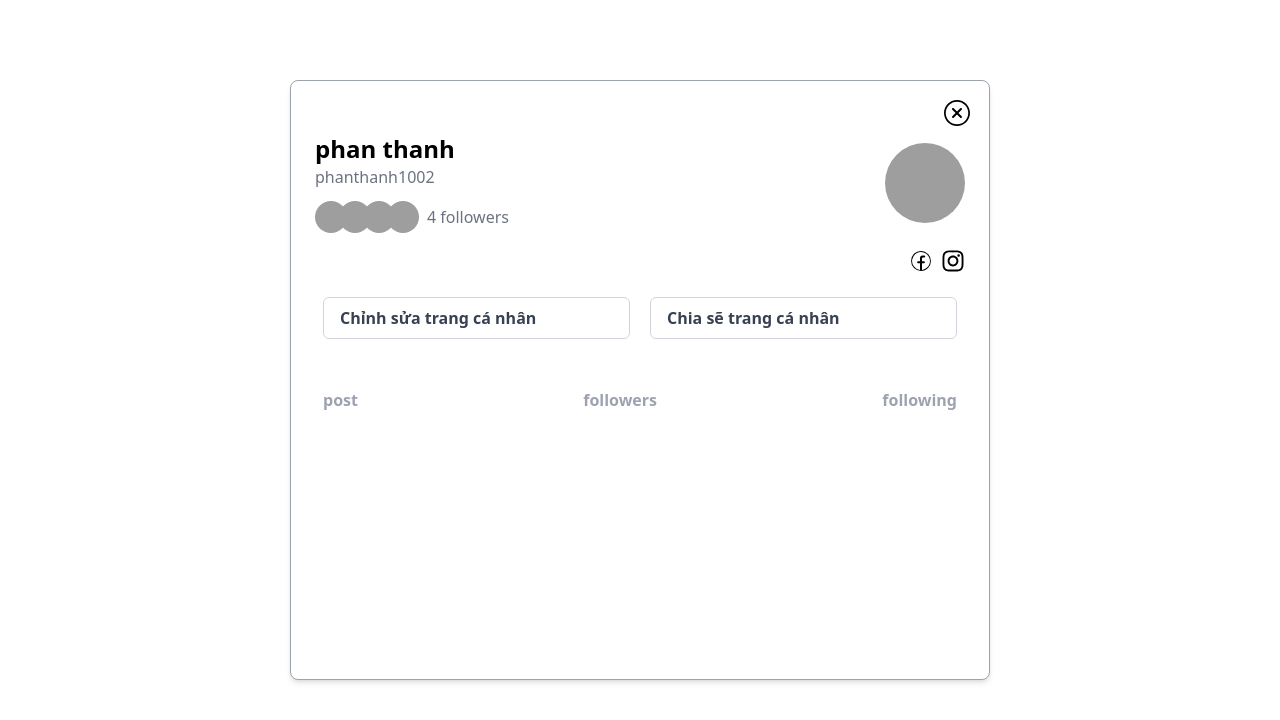
Repository: DangNgocDuong250903/2425_CS445AC_NHOM1
Page: /profile (app in social_fe/)
The author's editor kept a copy of each file at every save. The page is drawn from the files as they stood at one save, then again after a run of saves.
The browser window is 1280 px wide. The pictures show the whole page.
Pictures or frames that could not be fetched are drawn as grey boxes. The project was rebuilt for these pictures with package versions that can differ from the ones it lists, and the page was loaded fresh each time. Also part of the build but not shown: social_fe/vite.config.js, social_fe/src/assets/index.js, social_fe/src/components/FriendCard/index.jsx, social_fe/src/components/Loading/index.jsx, social_fe/src/components/PostCard/index.jsx, social_fe/src/components/ProfileCard/index.jsx, social_fe/src/pages/HomePage/index.jsx, social_fe/src/pages/LoginPage/index.jsx and 6 more.

Above is the page before, as saved 2024-11-05 22:09:21.

After the next 2 saves:
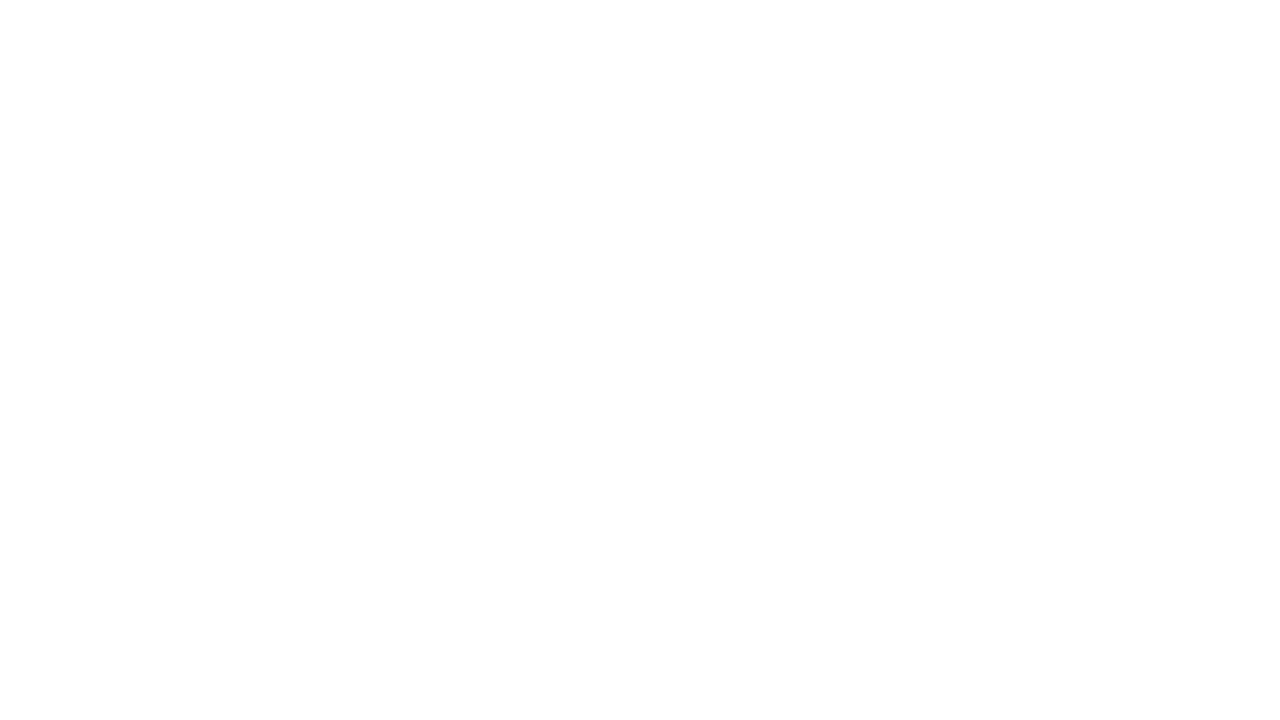
Console error: ReferenceError: TopBar is not defined
The 2 saves are shown as one change because they came seconds apart.
The last was saved 10 s later.
--- a/social_fe/src/pages/ProfilePage/index.jsx
+++ b/social_fe/src/pages/ProfilePage/index.jsx
@@ -8,7 +8,7 @@ const Profile = () => {
   const navigate = useNavigate()
   return (
     <>
-
+      <TopBar></TopBar>
       <div className="flex items-center justify-center pt-20">
         <div className="relative p-6 bg-white rounded-lg shadow-md w-[700px] h-[600px] border border-gray-400">
           <IoIosCloseCircleOutline onClick={() => navigate("/")} className="absolute w-8 h-8 cursor-pointer top-4 right-4 hover:text-red-400 " />

After the save that followed:
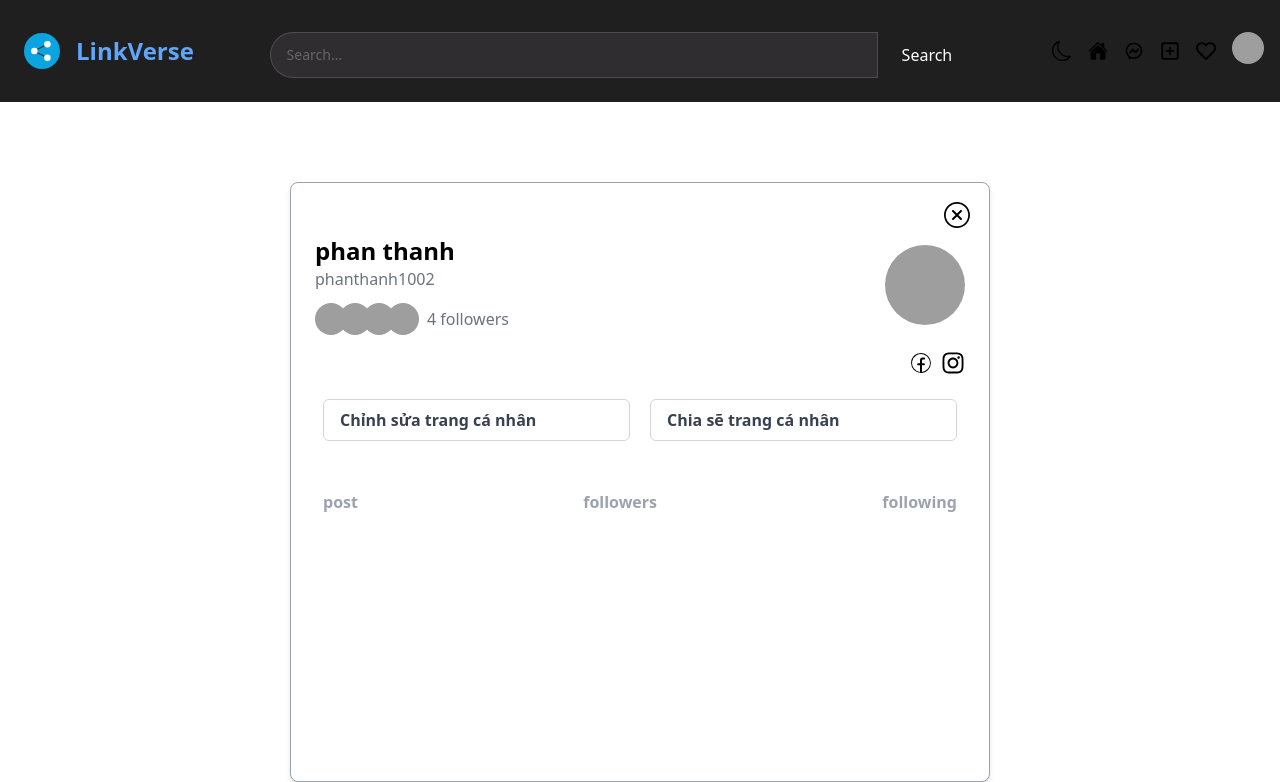
The error is gone.
Saved 4 s later.
--- a/social_fe/src/pages/ProfilePage/index.jsx
+++ b/social_fe/src/pages/ProfilePage/index.jsx
@@ -2,6 +2,7 @@ import { CiFacebook } from "react-icons/ci";
 import { FaInstagram } from "react-icons/fa";
 import { Link, useNavigate } from "react-router-dom";
 import { IoIosCloseCircleOutline } from "react-icons/io";
+import { TopBar } from "~/components";
 
 
 const Profile = () => {
